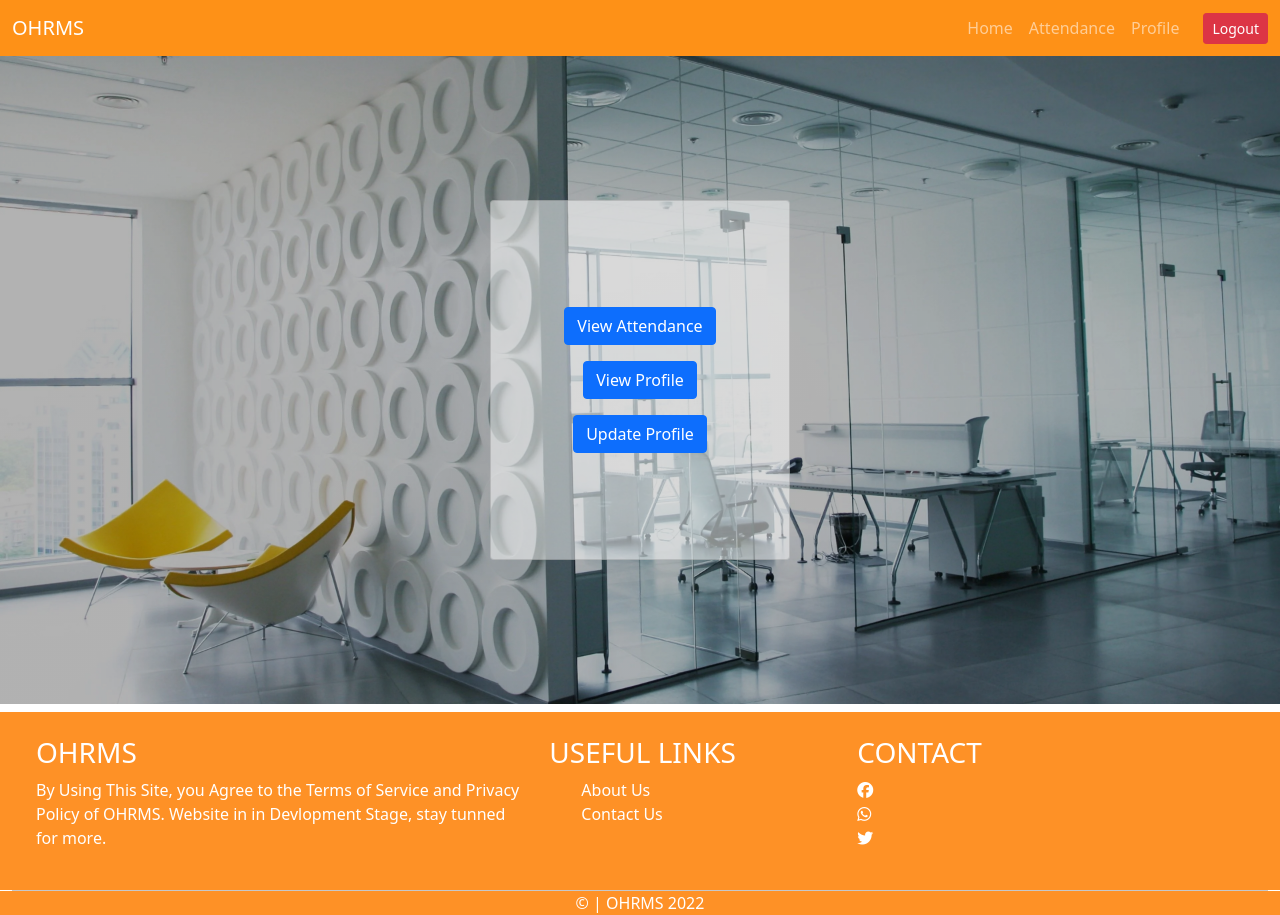
Repository: SaudCh/PHP-OHRMS
Page: http://localhost/index
These files come from the project's save history. The page is drawn as it stood at one moment and after the next save; the edit follows.
The browser window is 1280 px wide. The pictures show the whole page.
Some web libraries are served in a nearby version. The page is run by PHP 8.4 with error messages shown; the project is at /var/www/html/. The session is filled in as if someone had signed in: {"email": "miangee540@gmail.com"}. Other server files are loaded and not shown.

Above is the page before, as saved 2022-06-06 00:34:03.
Console error: ReferenceError: jQuery is not defined

### index.php
<!DOCTYPE html>
<html lang="en">

<head>
    <meta charset="UTF-8">
    <meta http-equiv="X-UA-Compatible" content="IE=edge">
    <meta name="viewport" content="width=device-width, initial-scale=1.0">
    <?php require "./assets/includes/link.includes.php" ?>
    <style>
        .index-body {
            height: 90vh;
            display: flex;
            justify-content: center;
            align-items: center;

            background-image: linear-gradient(rgba(0, 0, 0, 0.3), rgba(0, 0, 0, 0.3)), url('./assets/images/4452961.webp');
            background-size: cover;
            background-repeat: no-repeat;
            background-position: center;
        }

        .card {
            width: 300px;
            height: 50vh;
            display: flex;
            flex-direction: column;
            align-items: center;
            justify-content: center;
            background-color: rgba(255, 255, 255, 0.5);
        }
    </style>

    <title>OHRMS</title>
</head>

<body>
    <?php require "./assets/Components/header.php" ?>
    <div class="index-body">
        <div class="card">
            <a class="btn btn-primary my-2" href="attendance">View Attendance</a>
            <a class="btn btn-primary my-2" href="profile">View Profile</a>
            <a class="btn btn-primary my-2" href="update">Update Profile</a>
        </div>
    </div>
    <?php require "./assets/Components/footer.php" ?>


</body>

</html>

### assets/includes/link.includes.php
<link href="https://cdn.jsdelivr.net/npm/bootstrap@5.0.2/dist/css/bootstrap.min.css" rel="stylesheet" integrity="sha384-EVSTQN3/azprG1Anm3QDgpJLIm9Nao0Yz1ztcQTwFspd3yD65VohhpuuCOmLASjC" crossorigin="anonymous">
<script src="https://cdn.jsdelivr.net/npm/bootstrap@5.0.2/dist/js/bootstrap.bundle.min.js" integrity="sha384-MrcW6ZMFYlzcLA8Nl+NtUVF0sA7MsXsP1UyJoMp4YLEuNSfAP+JcXn/tWtIaxVXM" crossorigin="anonymous"></script>
<script src="https://cdn.jsdelivr.net/npm/@popperjs/core@2.9.2/dist/umd/popper.min.js" integrity="sha384-IQsoLXl5PILFhosVNubq5LC7Qb9DXgDA9i+tQ8Zj3iwWAwPtgFTxbJ8NT4GN1R8p" crossorigin="anonymous"></script>
<script src="https://cdn.jsdelivr.net/npm/bootstrap@5.0.2/dist/js/bootstrap.min.js" integrity="sha384-cVKIPhGWiC2Al4u+LWgxfKTRIcfu0JTxR+EQDz/bgldoEyl4H0zUF0QKbrJ0EcQF" crossorigin="anonymous"></script>

<script src="https://kit.fontawesome.com/5d60ba127b.js" crossorigin="anonymous"></script>

<link rel="stylesheet" href="./assets/css/style.css" type="text/css">
<link rel="stylesheet" href="./assets/css/footer.css" type="text/css">
<style>
    .link {
        text-decoration: none;
    }
</style>

### assets/Components/header.php
<?php
session_start();
$email = '';

include './assets/config/dbconfig.php';

if (isset($_SESSION['email'])) {
    $email = $_SESSION['email'];
} else {
    header("location: login");
}
?>
<nav class="navbar navbar-expand-lg navbar-dark" style="background-color: #fe9117;">
    <div class="container-fluid">
        <a class="navbar-brand" href="index">OHRMS</a>
        <button class="navbar-toggler" type="button" data-bs-toggle="collapse" data-bs-target="#navbarSupportedContent" aria-controls="navbarSupportedContent" aria-expanded="false" aria-label="Toggle navigation">
            <span class="navbar-toggler-icon"></span>
        </button>
        <div class="collapse navbar-collapse" id="navbarSupportedContent">
            <ul class="navbar-nav ms-auto me-3 mb-2 mb-lg-0">
                <li class="nav-item">
                    <a class="nav-link" aria-current="page" href="index">Home</a>
                </li>
                <li class="nav-item">
                    <a class="nav-link" href="attendance">Attendance</a>
                </li>
                <li class="nav-item">
                    <a class="nav-link" href="profile">Profile</a>
                </li>
            </ul>
            <?php
            $email = '';

            include './assets/config/dbconfig.php';

            if (isset($_SESSION['email'])) {
                echo '<a href="./assets/includes/logout.includes.php" class="btn btn-sm btn-danger">Logout</a>';
            } else {
                echo '<a href="login" class="btn btn-sm btn-success">Login/Register</a>';
            }
            ?>

        </div>
    </div>
</nav>

### assets/config/dbconfig.php
<?php
// Database configuration
$dbHost     = "localhost";
$dbUsername = "root";
$dbPassword = "";
$dbName     = "ohrms";

// $dbHost     = "sql102.epizy.com";
// $dbUsername = "epiz_31455211";
// $dbPassword = "Kr3NNcrNvT9Mx4";
// $dbName     = "epiz_31455211_ohrms";

// Create database connection
$db = new mysqli($dbHost, $dbUsername, $dbPassword, $dbName);
$con=mysqli_connect($dbHost, $dbUsername, $dbPassword,$dbName);

// Check connection
if ($db->connect_error) {
    die("Connection failed: " . $db->connect_error);
}

### assets/Components/footer.php
<a id="back-to-top" href="#" class="btn btn-primary btn-lg back-to-top" role="button" data-toggle="tooltip" data-placement="left"><i class="fas fa-chevron-up"></i></a>
<footer class="container-fluid" style="position: relative;">

    <div class="footer mt-2 row p-4">

        <div class="footer-info col-10 col-md-5">
            <h3>OHRMS</h3>
            <p>By Using This Site, you Agree to the <a target="_blank" href="#">Terms of Service</a> and <a target="_blank" href="">Privacy Policy</a> of OHRMS. Website in in Devlopment Stage, stay tunned for more.</p>
        </div>
        <div class="footer-links col-10 col-md-3">
            <h3>USEFUL LINKS</h3>
            <ul class="footer-link1">
                <li><a target="_blank" href="about.php">About Us</a></li>
                <li><a target="_blank" href="contact.php">Contact Us</a></li>
            </ul>
        </div>
        <div class="contact col-10 col-md-3">
            <h3>CONTACT</h3>
            <span><a target="_blank" href=""><i class="fab fa-facebook"></i></a></span>
            <br>
            <span><a target="_blank" href=""><i class="fa-brands fa-whatsapp"></i></a></span>
            <br>
            <span><a target="_blank" href=""><i class="fab fa-twitter"></i></a></span>
        </div>
    </div>
    <hr style="margin: 0;">
    <div class="row justify-content-center copyright">
        <span class="text-center">&copy | OHRMS 2022</span>
    </div>

    <div>
    </div>
</footer>
<script src="./assets/Js/index.js"></script>

### assets/css/footer.css
.back-to-top {
  cursor: pointer;
  position: fixed;
  bottom: 30px;
  right: 20px;
  display: none;
  z-index: 10;
}

.footer {
  background-color: #fe9126;
  display: flex;
  color: white;
  z-index: 2;
}

.footer a {
  color: white;
  text-decoration: none;
  font-weight: 500;
}

.footer-links ul {
  text-align: left;
}

.footer-links li {
  list-style: none;
}

.copyright {
  color: white;
  background-color: #fe9126;
}

### assets/Js/index.js

(function ($) {
    $.fn.UItoTop = function (options) {
        var defaults = { text: 'To Top', min: 200, inDelay: 600, outDelay: 400, containerID: 'toTop', containerHoverID: 'toTopHover', scrollSpeed: 1000, easingType: 'linear' }, settings = $.extend(defaults, options), containerIDhash = '#' + settings.containerID, containerHoverIDHash = '#' + settings.containerHoverID; $('body').append('<a href="#" id="' + settings.containerID + '">' + settings.text + '</a>'); $(containerIDhash).hide().on('click.UItoTop', function () { $('html, body').animate({ scrollTop: 0 }, settings.scrollSpeed, settings.easingType); $('#' + settings.containerHoverID, this).stop().animate({ 'opacity': 0 }, settings.inDelay, settings.easingType); return false; }).prepend('<span id="' + settings.containerHoverID + '"></span>').hover(function () { $(containerHoverIDHash, this).stop().animate({ 'opacity': 1 }, 600, 'linear'); }, function () { $(containerHoverIDHash, this).stop().animate({ 'opacity': 0 }, 700, 'linear'); }); $(window).scroll(function () {
            var sd = $(window).scrollTop(); if (typeof document.body.style.maxHeight === "undefined") { $(containerIDhash).css({ 'position': 'absolute', 'top': sd + $(window).height() - 50 }); }
            if (sd > settings.min)
                $(containerIDhash).fadeIn(settings.inDelay); else
                $(containerIDhash).fadeOut(settings.Outdelay);
        });
    };
})(jQuery);

Loaded but not shown: assets/css/style.css (common file)

After the next save:
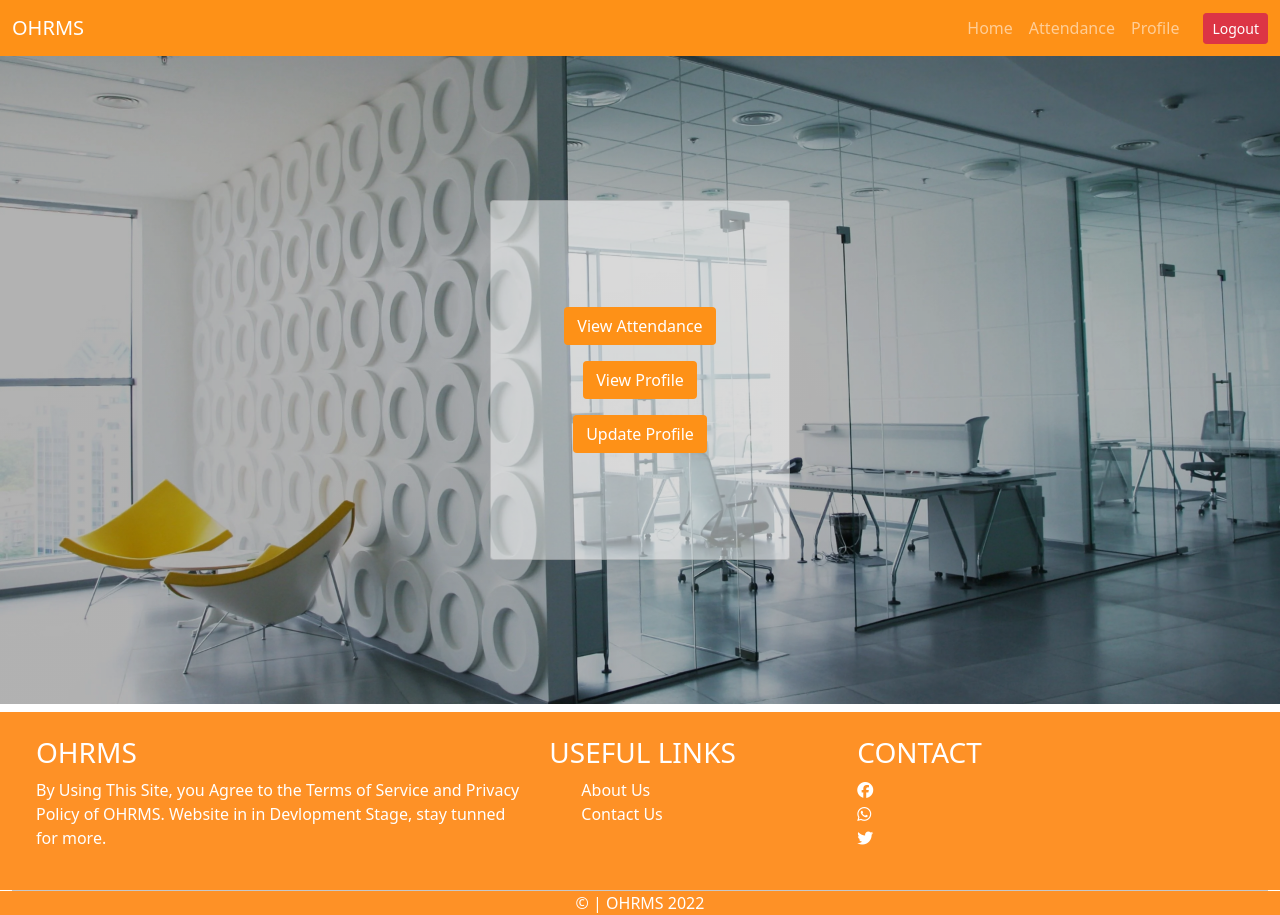
Saved 71 s later.
--- a/index.php
+++ b/index.php
@@ -37,9 +37,9 @@
     <?php require "./assets/Components/header.php" ?>
     <div class="index-body">
         <div class="card">
-            <a class="btn btn-primary my-2" href="attendance">View Attendance</a>
-            <a class="btn btn-primary my-2" href="profile">View Profile</a>
-            <a class="btn btn-primary my-2" href="update">Update Profile</a>
+            <a class="btn text-white my-2" style="background-color: #fe9117;"  href="attendance">View Attendance</a>
+            <a class="btn text-white my-2" style="background-color: #fe9117;" href="profile">View Profile</a>
+            <a class="btn text-white my-2" style="background-color: #fe9117;" href="update">Update Profile</a>
         </div>
     </div>
     <?php require "./assets/Components/footer.php" ?>
